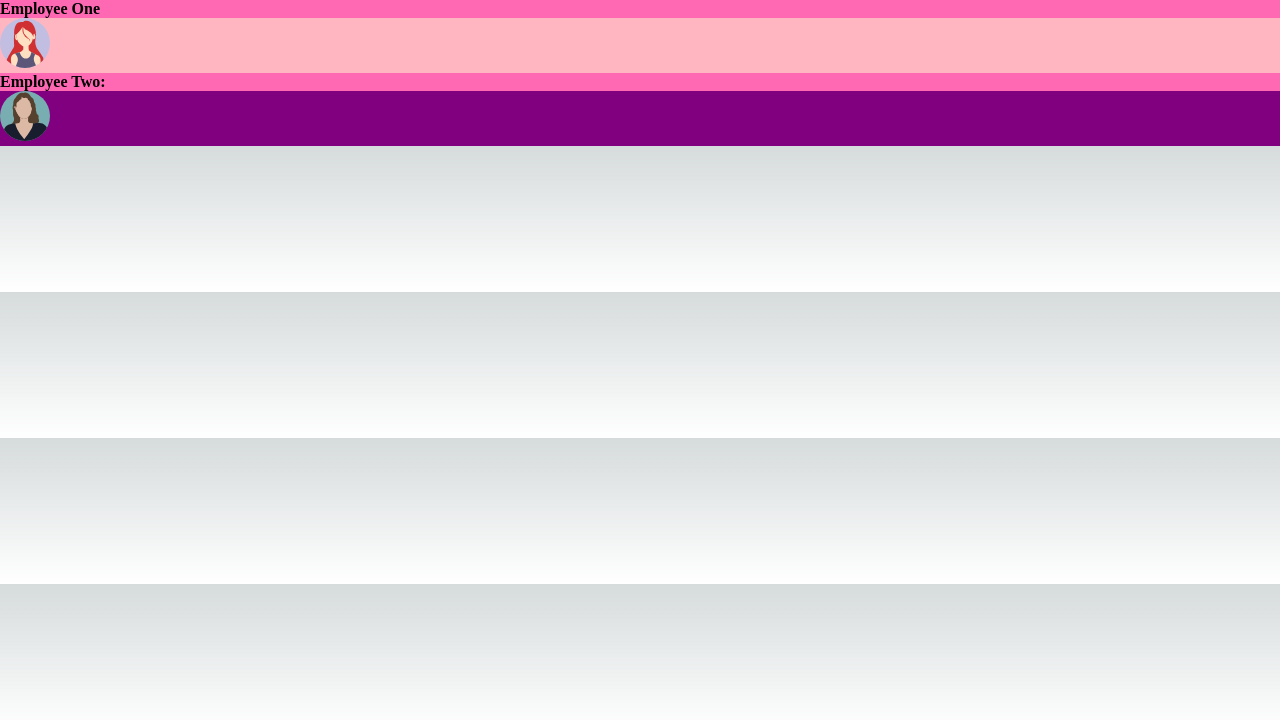
Repository: bguemos/week3example
Page: /About
The author's editor kept a copy of each file at every save. The page is drawn from the files as they stood at one save, then again after the next save.
The browser window is 1280 px wide. The pictures show the whole page.
The project was rebuilt for these pictures with package versions that can differ from the ones it lists, and the page was loaded fresh each time. The framework's server and built-in components were replaced by stand-ins that run in the browser. Also part of the build but not shown: next.config.js.

Above is the page before, as saved 2023-01-19 08:25:56.

### pages/About.js
import Head from 'next/head'
import Image from 'next/image'
import { Inter } from '@next/font/google'
import styles from '@/styles/info.module.css'
import data from '../data/employee.json'
import { useState } from 'react'
import Card from '../components/Card/About'
import Link from 'next/link'


export default function info() {
    const [information, setInformation] = useState([...data])
     console.log(data);
  return (
 <>

<main className={styles.main}>
<code className={styles.code}></code>



<div className={styles.grid}>
<b> Employee One </b>
{information && information.map((info, About) => {
if (info.Position === "manager") {
return (
<Card key={About} employee={info.Name} colour="lightPink" font="20px" />
 )
 }
})}
<b> Employee Two:</b>
{information && information.map((info, About) => {
if (info.Position === "ceo") {
     return (
    <Card key={About} employeeName={info.Name} colour="purple" font="20px" />
     )
     }
     })}
    </div>





    </main>

</>
  )
    }

### styles/info.module.css
.main{
    background-color: hotpink;

}
.forbes{
    display: flex;
    flex-direction: row;
    flex-wrap: wrap;

}

### data/employee.json
[


{
    "Name": "Jenna",
    "Position": "manager",
    "department":"corporate",
    "yearsWorked": 4
},
{
    "Name": "Natalie",
    "Position": "general manager",
    "department":"corporate",
    "yearsWorked": 15

},
{
    "Name":"Sarah",
    "Position": "ceo",
    "department":"corporate",
    "yearsWorked": 20
}


]

### components/Card/About.js
export default function Card({
    employeePosition= "none",
    colour= "orange",
    font = "0",
    image = "Woman3.svg"
}) {
    return(
        <div style={{backgroundColor: colour, fontSize:font}}>
         {
            colour === "lightPink?" ? <img src={'Woman5.svg'} width="50"/> :
            colour === "purple" ? <img src={'Woman2.svg'} width="50"/>:
                                <img src={image} width="50" />
         }

        </div>
    )
}

Loaded but not shown: pages/_app.js (common file); pages/_document.js (common file); styles/globals.css (common file)

After the next save:
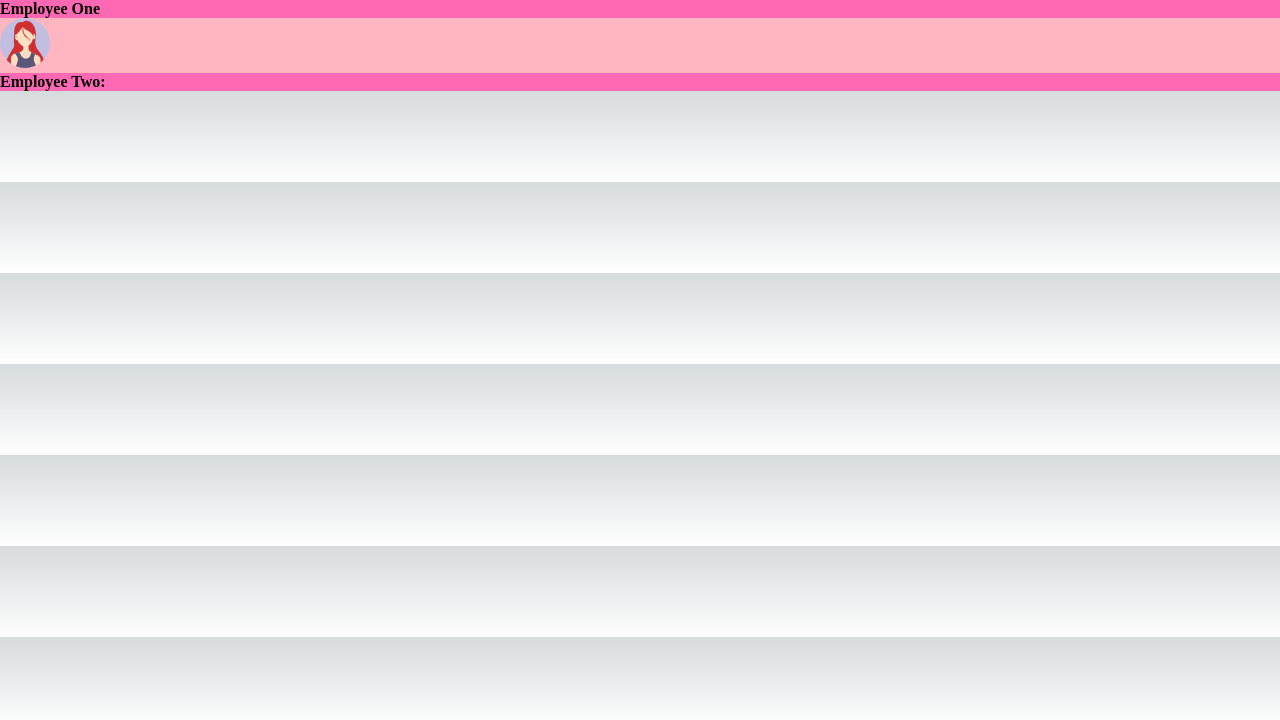
Saved 23 s later.
--- a/pages/About.js
+++ b/pages/About.js
@@ -30,7 +30,7 @@
 })}
 <b> Employee Two:</b>
 {information && information.map((info, About) => {
-if (info.Position === "ceo") {
+if (info.Department === "corporate") {
      return (
     <Card key={About} employeeName={info.Name} colour="purple" font="20px" />
      )

After the save that followed:
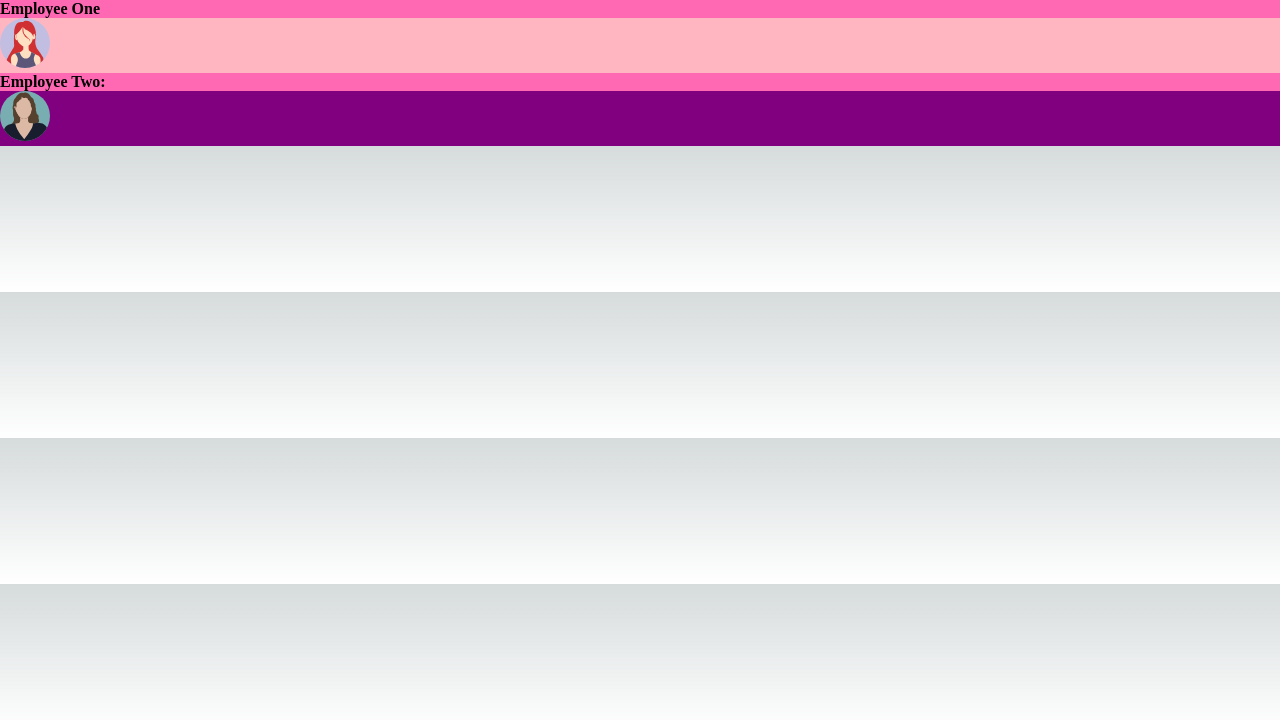
Saved 8 s later.
--- a/pages/About.js
+++ b/pages/About.js
@@ -30,7 +30,7 @@
 })}
 <b> Employee Two:</b>
 {information && information.map((info, About) => {
-if (info.Department === "corporate") {
+if (info.Position === "ceo") {
      return (
     <Card key={About} employeeName={info.Name} colour="purple" font="20px" />
      )
